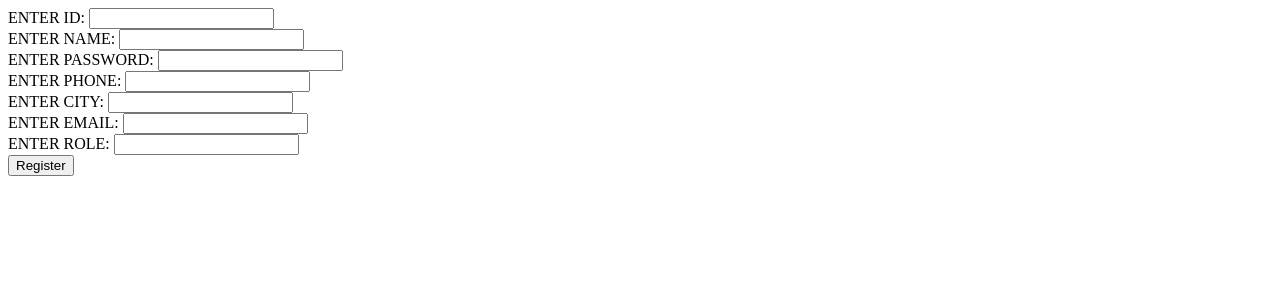
Repository: sachinkolhe43/dmc_code
Page: adt__/VendorNAdmin/src/main/resources/static/register.html
The author's editor kept a copy of each file at every save. The page is drawn from the files as they stood at one save, then again after the next save.
The browser window is 1280 px wide. The pictures show the whole page.

Above is the page before, as saved 2023-05-28 08:30:17.

### adt__/VendorNAdmin/src/main/resources/static/register.html
<!DOCTYPE html>
<html>
<head>
<meta charset="UTF-8">
<title>Insert title here</title>
</head>
<body>
<div>
<form action="register" method="post">

	ENTER ID:	<input type="text" name="id"> <br>
	ENTER NAME:	<input type="text" name="name"><br>
	ENTER PASSWORD:	<input type="text" name="password"><br>
	ENTER PHONE:	<input type="text" name="phone"><br>
	ENTER CITY:	<input type="text" name="city"><br>
	ENTER EMAIL:	<input type="text" name="email"><br>
	ENTER ROLE:	<input type="text" name="role"><br>
		<button type="submit">Register</button>

</div>
</form>
</body>
</html>

After the next save:
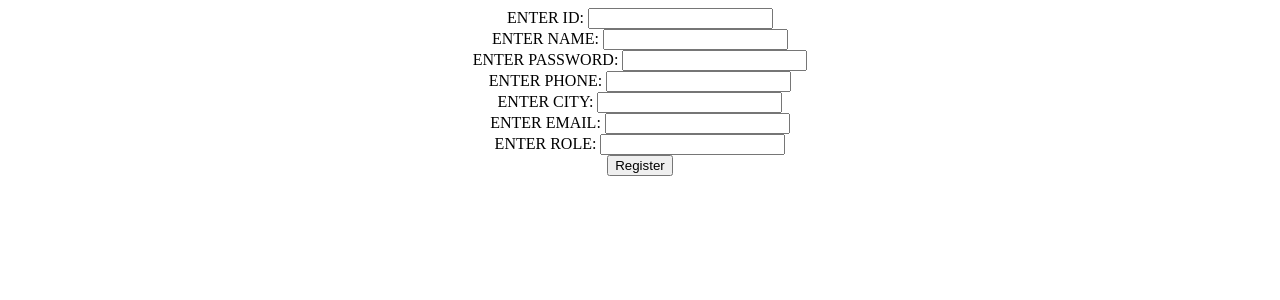
Saved 29 s later.
--- a/adt__/VendorNAdmin/src/main/resources/static/register.html
+++ b/adt__/VendorNAdmin/src/main/resources/static/register.html
@@ -5,7 +5,7 @@
 <title>Insert title here</title>
 </head>
 <body>
-<div>
+<div align="center">
 <form action="register" method="post">
 
 	ENTER ID:	<input type="text" name="id"> <br>
